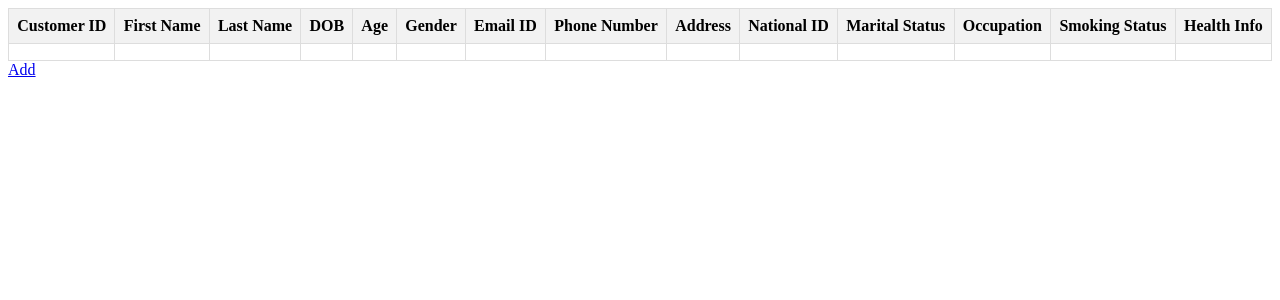
Repository: sowmini-nats/git-spring-project
Page: http://localhost/InsuranceAutomationSystem/CustomerView.jsp
An editor plug-in stored every save of this project. The page is shown before and after the next save, followed by the edit.
The browser window is 1280 px wide. The pictures show the whole page.
The page is served by Tomcat 10. The template is opened directly, without the code that normally fills it, so the values that code supplies are empty.

Above is the page before, as saved 2023-10-30 04:37:43.

After the next save:
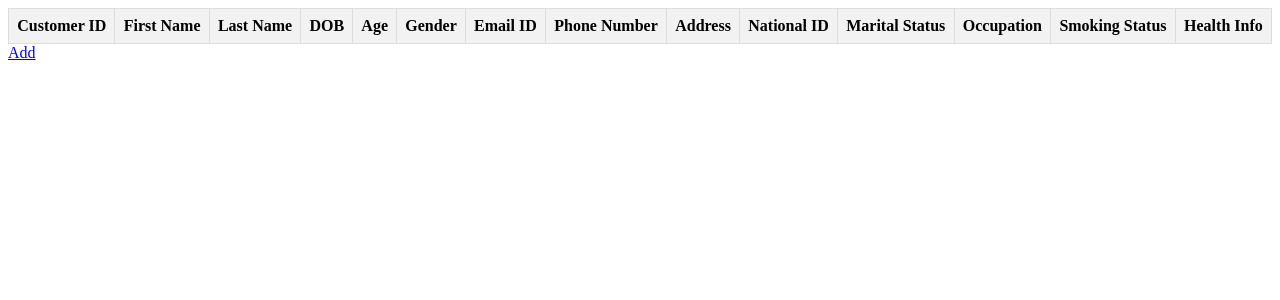
Saved 100 s later.
--- a/eclipse-workspace-jspassessment/InsuranceAutomationSystem/src/main/webapp/CustomerView.jsp
+++ b/eclipse-workspace-jspassessment/InsuranceAutomationSystem/src/main/webapp/CustomerView.jsp
@@ -1,4 +1,6 @@
 <%@ page language="java" contentType="text/html; charset=UTF-8" pageEncoding="UTF-8"%>
+<%@ page  import="com.example.demo.model.User,java.util.List"%>
+<%@taglib prefix="c" uri="http://java.sun.com/jsp/jstl/core"%>
 <!DOCTYPE html>
 <html>
 <head>
